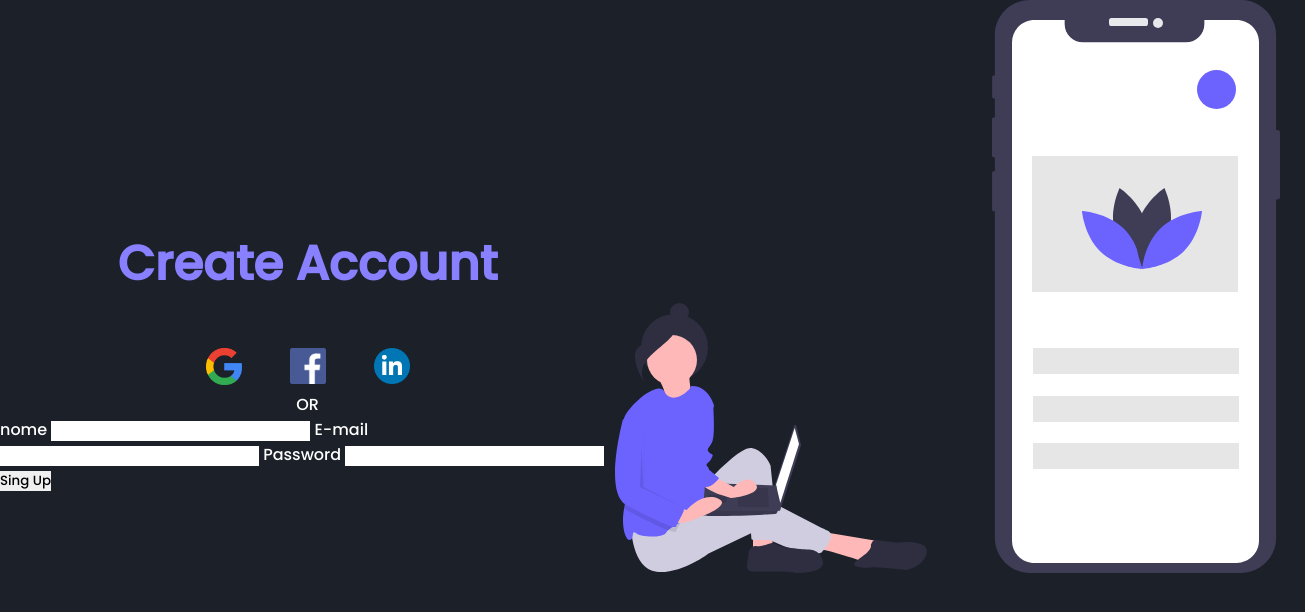
Repository: daniel-victorr/Cadastro
Page: login.html
These files come from the project's save history. The page is drawn as it stood at one moment and after a run of saves; the edit follows.
The browser window is 1280 px wide. The page is 1280 px wide, then 1305 px, so the pictures cover 1305 px, including what lies to the right of the window. The pictures show the whole page.

Above is the page before, as saved 2022-02-17 16:21:37.

After the next 3 saves:
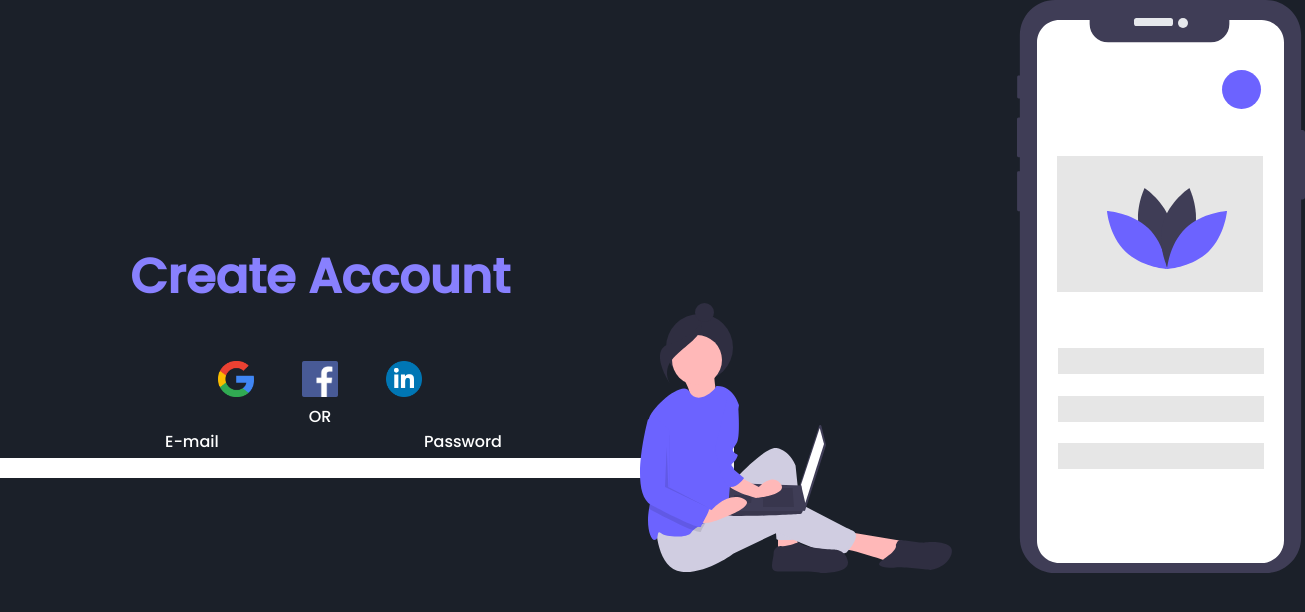
The 3 saves are shown as one change because they came seconds apart.
The last was saved 9 s later.
--- a/Cadastro.css
+++ b/Cadastro.css
@@ -50,5 +50,5 @@ main .Social-midia a:first-child img{
 }
 
 main form{
-    display-direction:
+    display:flex
 }
